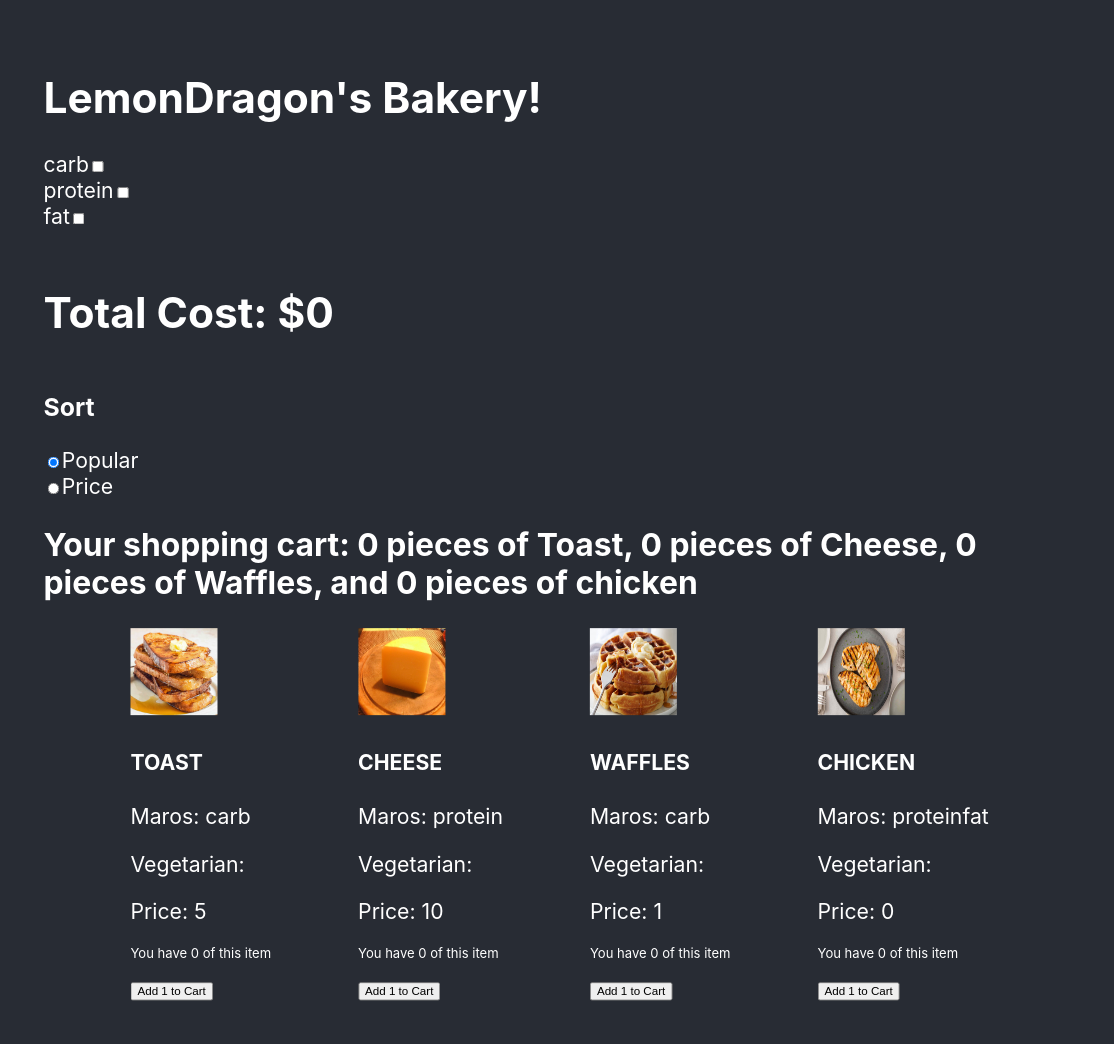
Repository: happydragon200/development
Page: /
These files come from the project's save history. The page is drawn as it stood at one moment and after a run of saves; the edit follows.
The browser window is 1280 px wide. The pictures show the whole page, at 87% of full size.
The project was rebuilt for these pictures with package versions that can differ from the ones it lists, and the page was loaded fresh each time.

Above is the page before, as saved 2022-12-02 06:13:12.

After the next 5 saves:
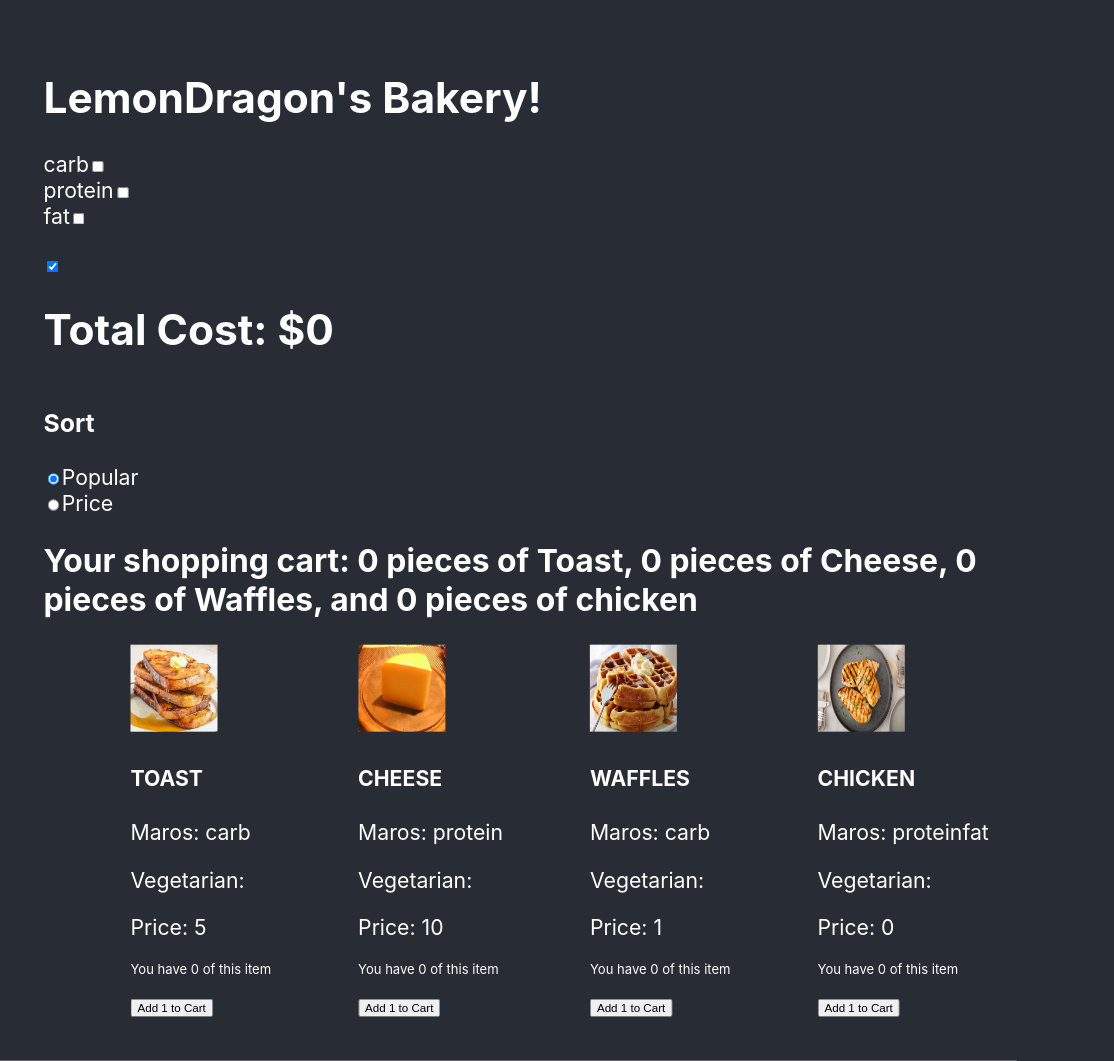
The 5 saves are shown as one change because 4 did not build or start.
The last was saved 98 s later.
--- a/src/App.js
+++ b/src/App.js
@@ -45,9 +45,9 @@ function FilterBar(props) {
 }
 
 function VegButton(veg, changeVeg) {
-  // const clickChange = () => {
-  //   changeVeg(!veg)
-  // }
+  const clickChange = () => {
+    changeVeg(!veg)
+  }
 
   return (
     <input
@@ -56,7 +56,7 @@ function VegButton(veg, changeVeg) {
       name="Vegetarian"
       // value="Paneer"
       checked={veg}
-      onChange={changeVeg(!veg)}
+      onChange={clickChange}
     />
   )
 }
@@ -98,6 +98,7 @@ function Menu() {
   const [selected, changeSelected] = useState([])
 
   const [chosen, changeChosen] = useState('Popular')
+  const [veg, changeVeg] = useState(false)
 
   const [toast_count, toast_setcount] = useState(0)
   const [cheese_count, cheese_setcount] = useState(0)
@@ -195,6 +196,7 @@ function Menu() {
   return (
     <>
       <FilterBar selected={selected} changeSelected={changeSelected} />
+      <VegButton veg={veg} changeVeg={changeVeg}/>
       <h1>
         Total Cost: $
         {toast_count * toast_price +
